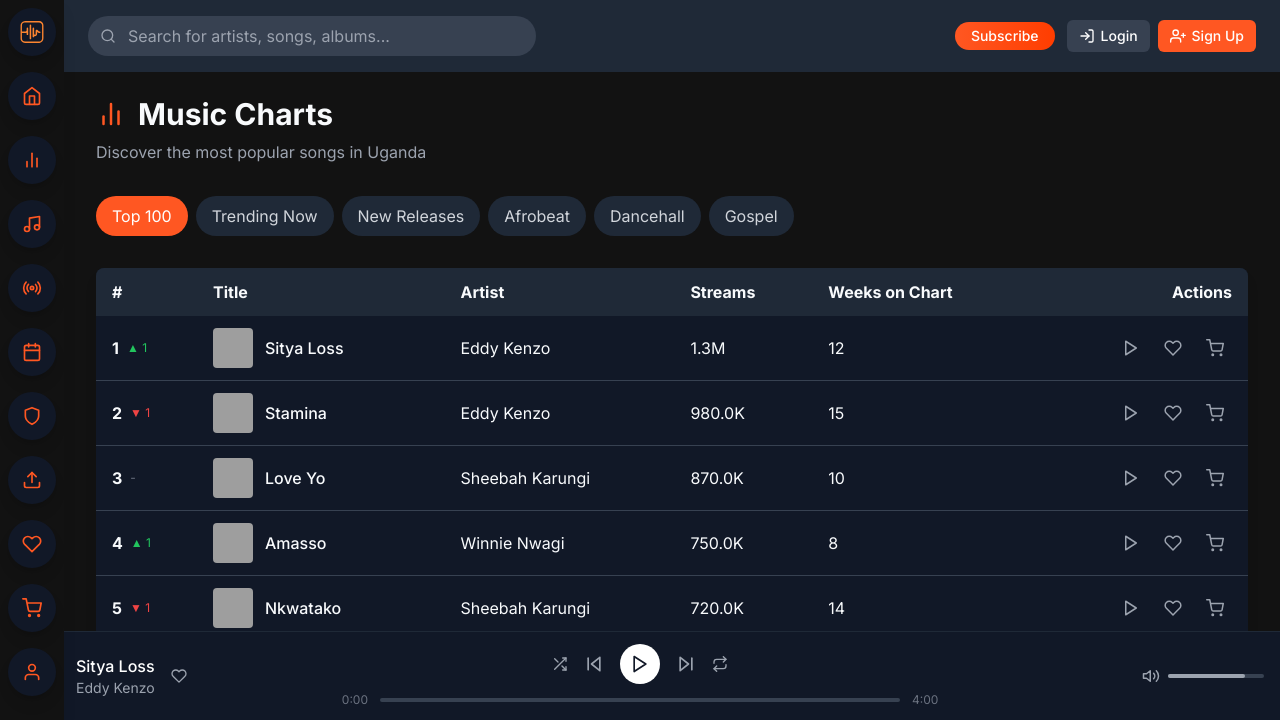
Repository: kaizoku010/sauti-box
Page: /charts
These files come from the project's save history. The page is drawn as it stood at one moment and after the next save; the edit follows.
The browser window is 1280 px wide. The pictures show the whole page.
Pictures or frames that could not be fetched are drawn as grey boxes. An inner scrolling area shows only its first screen. The project was rebuilt for these pictures with package versions that can differ from the ones it lists, and the page was loaded fresh each time. The framework's server and built-in components were replaced by stand-ins that run in the browser. Also part of the build but not shown: next.config.mjs, next.config.ts.

Above is the page before, as saved 2025-04-20 20:01:46.

After the next save:
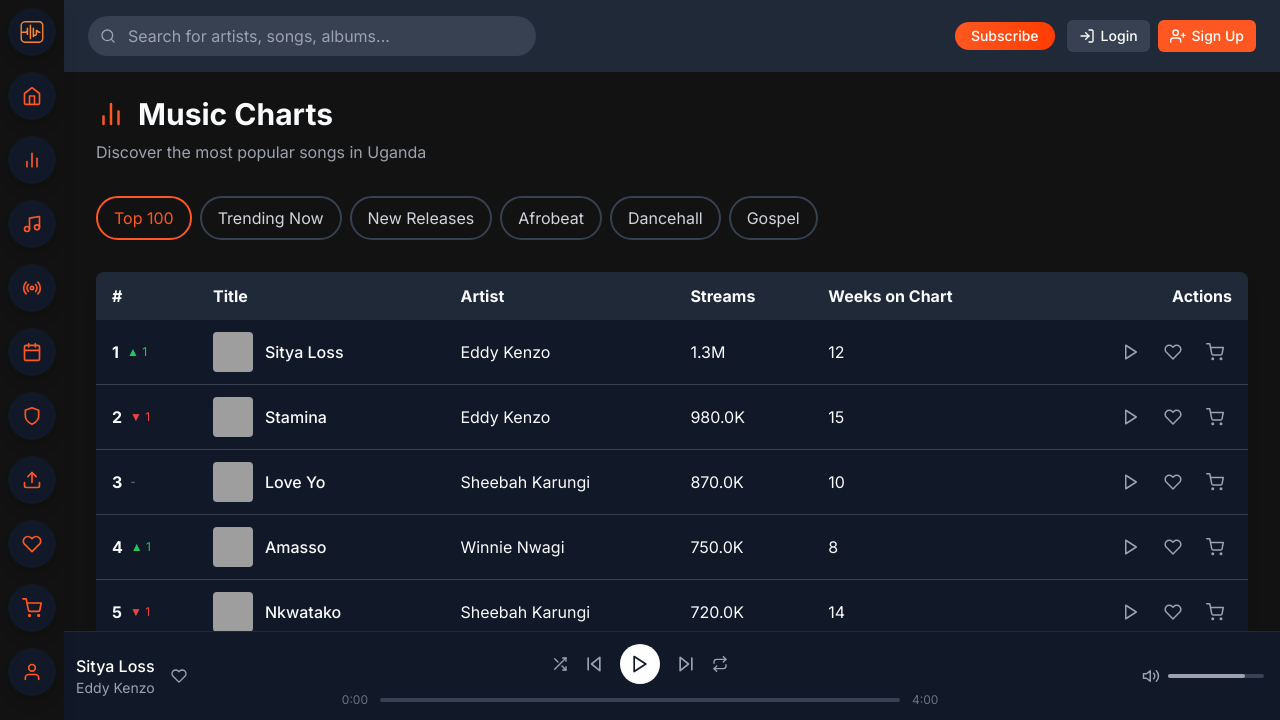
Saved 13 s later.
--- a/src/app/charts/page.tsx
+++ b/src/app/charts/page.tsx
@@ -168,8 +168,8 @@
                 key={category.id}
                 className={`px-4 py-2 rounded-full ${
                   activeCategory === category.id
-                    ? 'bg-primary text-white'
-                    : 'bg-gray-800 text-gray-300 hover:bg-gray-700'
+                    ? 'border-2 border-primary text-primary'
+                    : 'border-2 border-gray-700 text-gray-300 hover:border-primary hover:text-primary'
                 }`}
                 onClick={() => setActiveCategory(category.id)}
               >
